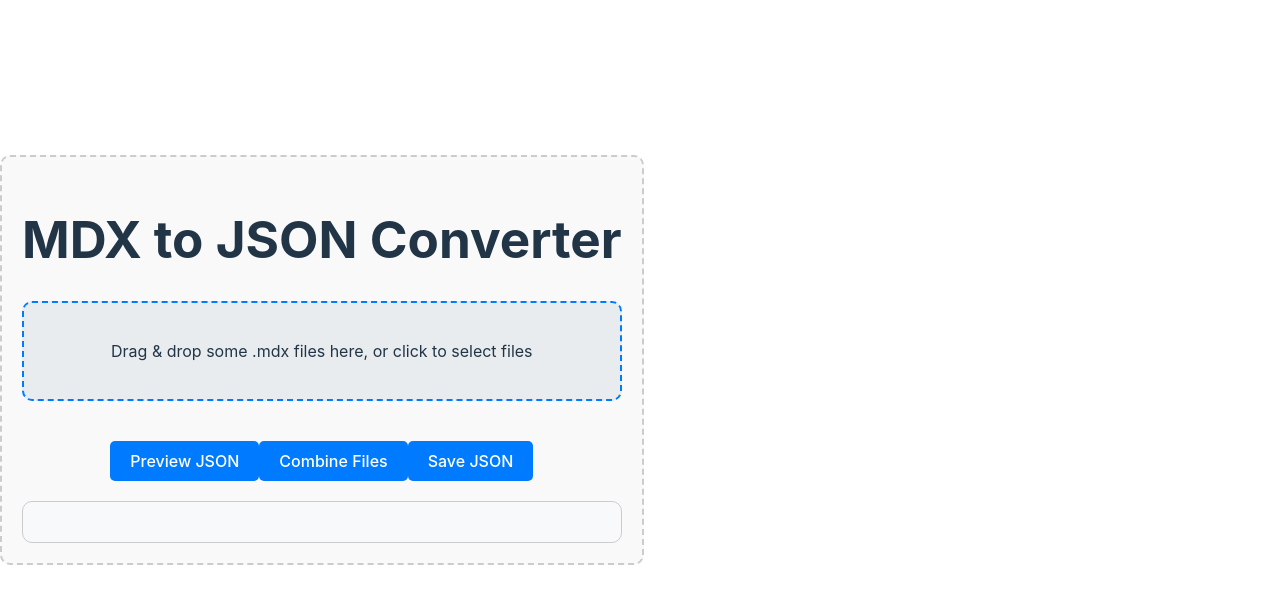
Repository: LayerDynamics/mdx-to-json
Page: /
An editor plug-in stored every save of this project. The page is shown before and after a run of saves, followed by the edit.
The browser window is 1280 px wide. The pictures show the whole page.
The project was rebuilt for these pictures with package versions that can differ from the ones it lists, and the page was loaded fresh each time. Also part of the build but not shown: vite.config.ts.

Above is the page before, as saved 2024-08-20 08:00:37.

### src/App.tsx
// src/App.tsx
import React, { useState, useCallback } from 'react';
import { useDropzone } from 'react-dropzone';
import { parseMDX, createKnowledgeBaseEntry } from './utils/mdxUtils';
import { Container, UploadButton, DropzoneArea, PreviewContainer } from './styles';


interface KnowledgeBaseEntry {
    title: string;
    tags: string[];
    category: string;
    content: string;
    updatedAt: string;
}

const App: React.FC = () => {
    const [mdxFiles, setMdxFiles] = useState<File[]>([]);
    const [jsonEntries, setJsonEntries] = useState<KnowledgeBaseEntry[]>([]);
    const [combinedJson, setCombinedJson] = useState<KnowledgeBaseEntry | null>(null);

    const onDrop = useCallback((acceptedFiles: File[]) => {
        setMdxFiles([...mdxFiles, ...acceptedFiles]);
    }, [mdxFiles]);

    const { getRootProps, getInputProps } = useDropzone({ onDrop, accept: '.mdx' });

    const handlePreview = async () => {
        const entries: KnowledgeBaseEntry[] = [];

        for (const file of mdxFiles) {
            const content = await file.text();
            const parsed = await parseMDX(content);
            const entry = createKnowledgeBaseEntry(parsed.metadata, parsed.content);
            entries.push(entry);
        }

        setJsonEntries(entries);
    };

    const handleCombine = () => {
        const combined = jsonEntries.reduce(
            (acc, curr) => ({
                ...acc,
                title: acc.title + ' & ' + curr.title,
                tags: [...new Set([...acc.tags, ...curr.tags])],
                category: acc.category + ' & ' + curr.category,
                content: acc.content + '\n' + curr.content,
                updatedAt: new Date().toISOString(),
            }),
            { title: '', tags: [], category: '', content: '', updatedAt: '' }
        );

        setCombinedJson(combined);
    };

    const handleSave = () => {
        const blob = new Blob([JSON.stringify(combinedJson || jsonEntries, null, 2)], { type: 'application/json' });
        const url = URL.createObjectURL(blob);
        const link = document.createElement('a');
        link.href = url;
        link.download = 'knowledge_base.json';
        link.click();
        URL.revokeObjectURL(url);
    };

    return (
        <Container>
            <h1>MDX to JSON Converter</h1>
            <DropzoneArea {...getRootProps()}>
                <input {...getInputProps()} />
                <p>Drag & drop some .mdx files here, or click to select files</p>
            </DropzoneArea>
            <UploadButton onClick={handlePreview}>Preview JSON</UploadButton>
            <UploadButton onClick={handleCombine} disabled={jsonEntries.length < 2}>
                Combine Files
            </UploadButton>
            <UploadButton onClick={handleSave} disabled={jsonEntries.length === 0 && !combinedJson}>
                Save JSON
            </UploadButton>

            <PreviewContainer>
                {combinedJson
                    ? JSON.stringify(combinedJson, null, 2)
                    : jsonEntries.map((entry, index) => (
                          <div key={index}>
                              <h3>{entry.title}</h3>
                              <pre>{JSON.stringify(entry, null, 2)}</pre>
                              <hr />
                          </div>
                      ))}
            </PreviewContainer>
        </Container>
    );
};

export default App;

### src/utils/mdxUtils.ts
// src/utils/mdxUtils.ts
import { unified } from 'unified';
import rehypeParse from 'rehype-parse';
import rehypeRemark from 'rehype-remark';
import remarkParse from 'remark-parse';
import remarkStringify from 'remark-stringify';
import { compile } from '@mdx-js/mdx';
import matter from 'gray-matter';

export async function parseMDX(mdxContent: string) {
    const { content, data } = matter(mdxContent);

    // Use compile from @mdx-js/mdx to process the content
    const jsx = await compile(content);
    return { content: String(jsx), metadata: data };
}

export function convertToPlainText(jsxContent: string) {
    return unified()
        .use(rehypeParse, { fragment: true })
        .use(rehypeRemark)
        .use(remarkParse)
        .use(remarkStringify)
        .processSync(jsxContent).toString();
}

export function createKnowledgeBaseEntry(metadata: any, content: string) {
    return {
        title: metadata.title || 'Untitled',
        tags: metadata.tags || [],
        category: metadata.category || 'General',
        content: convertToPlainText(content),
        updatedAt: metadata.date || new Date().toISOString(),
    };
}

### src/styles.ts
// src/styles.ts
import styled from 'styled-components';

export const Container = styled.div`
    max-width: 800px;
    margin: 0 auto;
    padding: 20px;
    text-align: center;
    border: 2px dashed #ccc;
    border-radius: 10px;
    background-color: #f9f9f9;
`;

export const UploadButton = styled.button`
    padding: 10px 20px;
    margin-top: 20px;
    background-color: #007bff;
    color: white;
    border: none;
    border-radius: 5px;
    cursor: pointer;

    &:hover {
        background-color: #0056b3;
    }
`;

export const DropzoneArea = styled.div`
    padding: 20px;
    border: 2px dashed #007bff;
    border-radius: 10px;
    background-color: #e9ecef;
    margin-bottom: 20px;
    cursor: pointer;

    &:hover {
        background-color: #dee2e6;
    }
`;

export const PreviewContainer = styled.div`
    margin-top: 20px;
    text-align: left;
    white-space: pre-wrap;
    background-color: #f8f9fa;
    padding: 20px;
    border-radius: 10px;
    border: 1px solid #ccc;
`;

Loaded but not shown: index.html (common file); src/main.tsx (common file); src/index.css (common file)

After the next 8 saves:
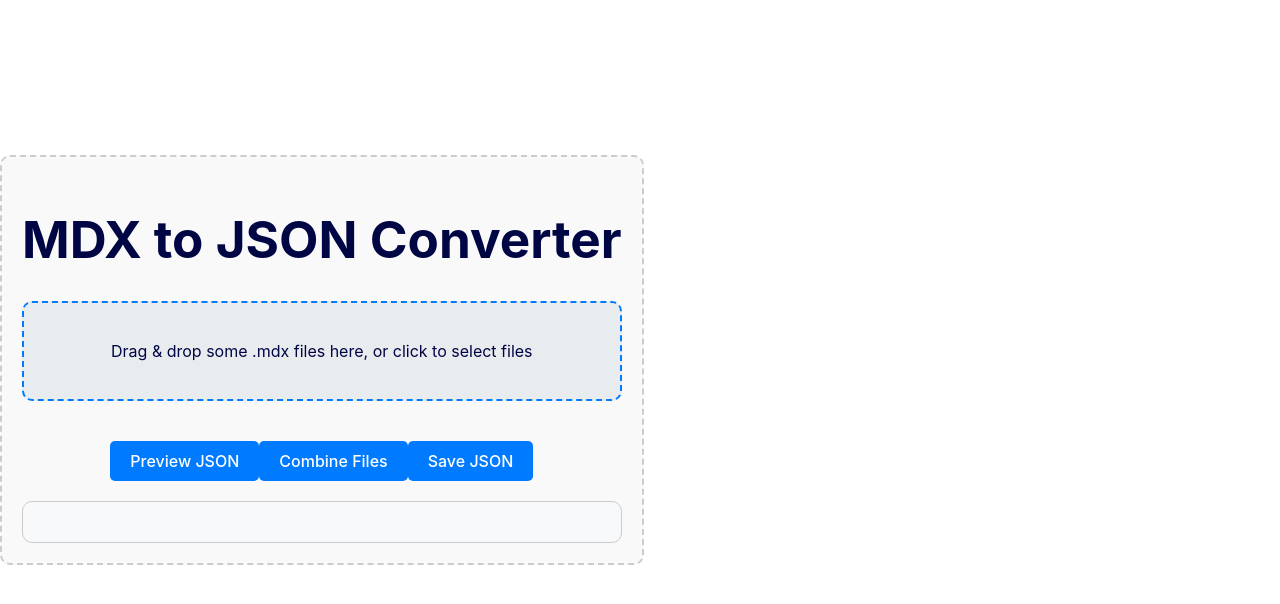
The 8 saves are shown as one change because they came seconds apart.
The last was saved 71 s later.
--- a/src/styles.ts
+++ b/src/styles.ts
@@ -9,6 +9,7 @@ export const Container = styled.div`
     border: 2px dashed #ccc;
     border-radius: 10px;
     background-color: #f9f9f9;
+    color: #000543
 `;
 
 export const UploadButton = styled.button`
